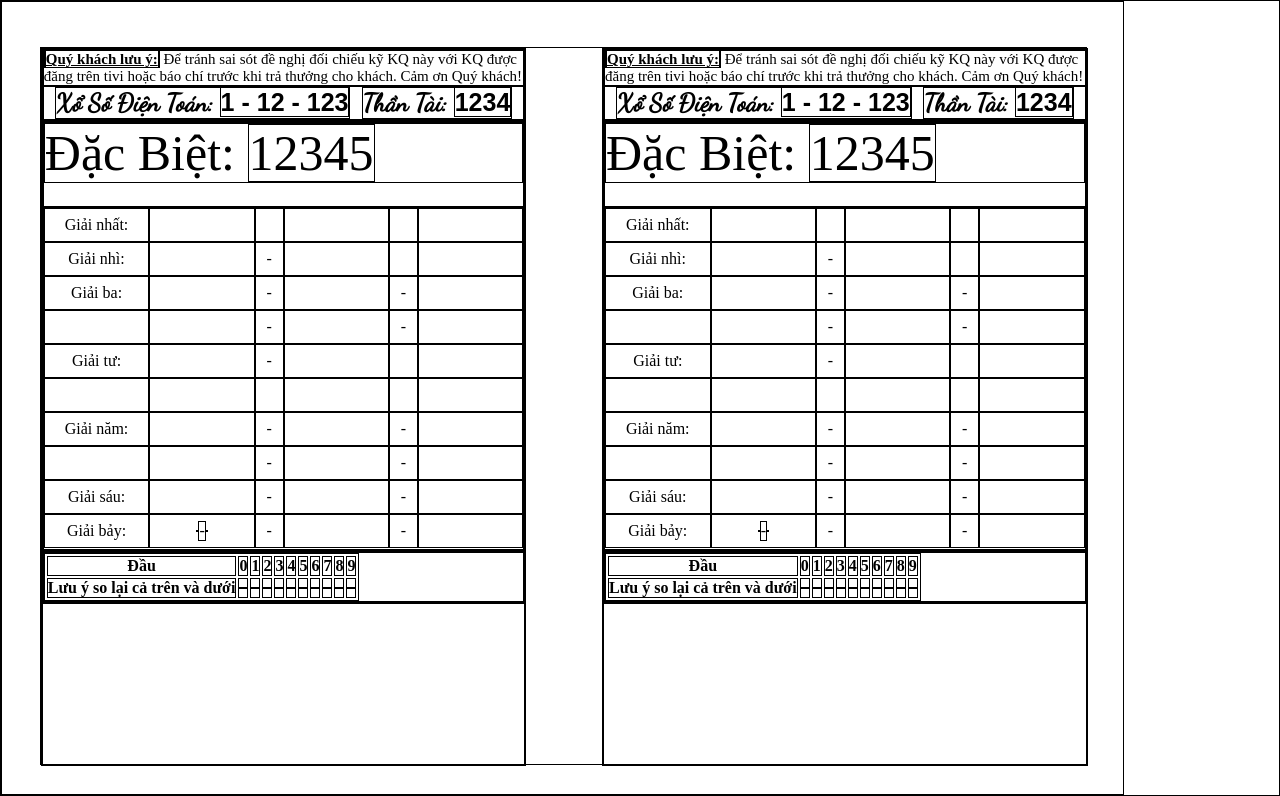
Repository: AnhDuc0125/xskt123
Page: index.html
These files come from the project's save history. The page is drawn as it stood at one moment and after the next save; the edit follows.
The browser window is 1280 px wide. The pictures show the whole page.
Some web fonts or font styles are not loaded; a fallback is used.

Above is the page before, as saved 2022-01-29 16:51:55.

After the next save:
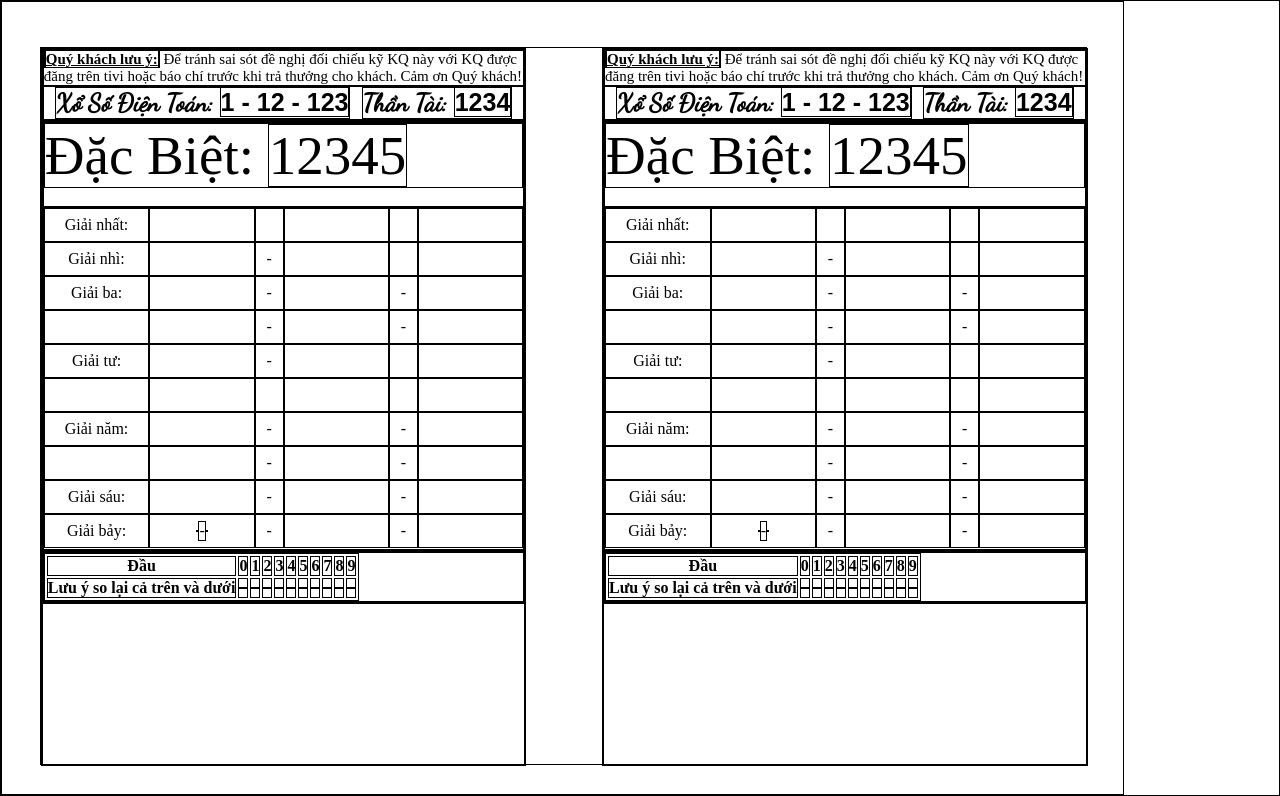
Saved 11 s later.
--- a/style.css
+++ b/style.css
@@ -67,7 +67,7 @@
 }
 
 .body--1 .dacBiet {
-  font-size: 50px;
+  font-size: 55px;
 }
 
 .body--2 {

After the save that followed:
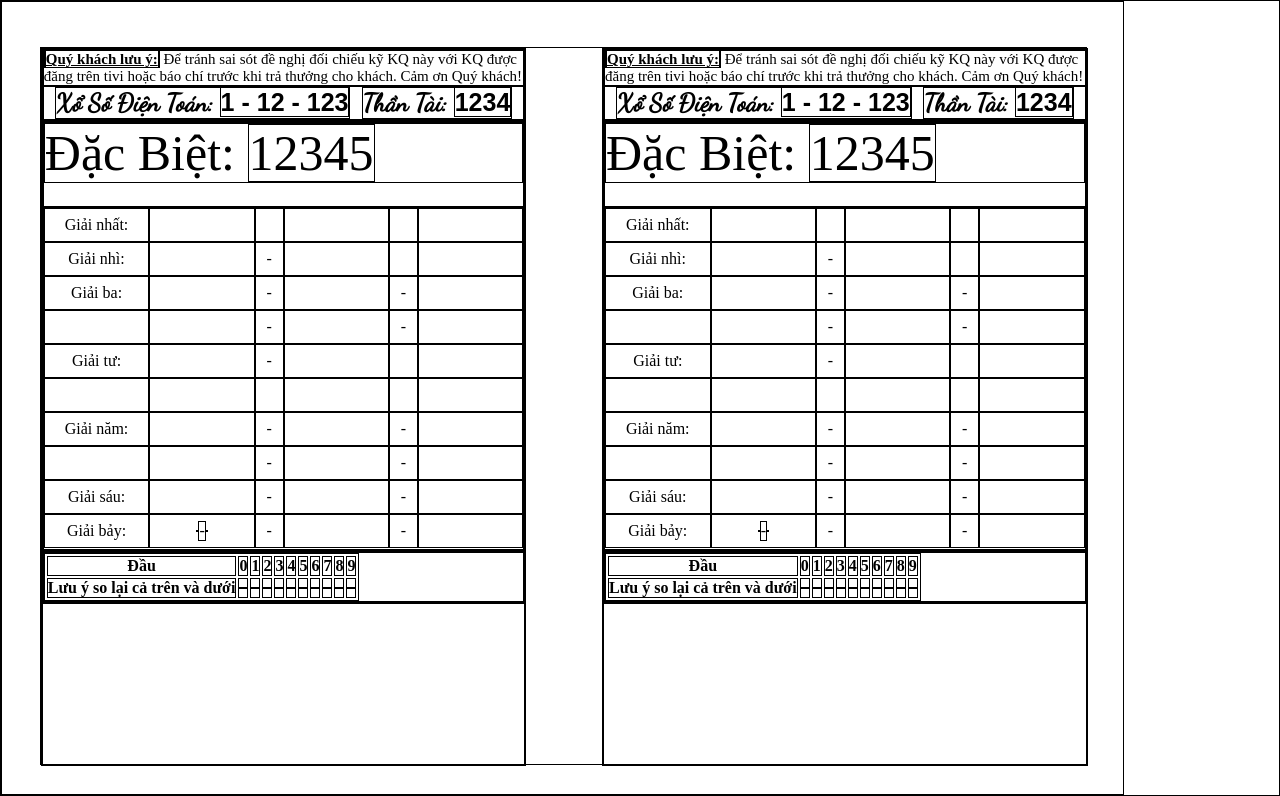
Saved 4 s later.
--- a/style.css
+++ b/style.css
@@ -67,7 +67,7 @@
 }
 
 .body--1 .dacBiet {
-  font-size: 55px;
+  font-size: 50px;
 }
 
 .body--2 {
